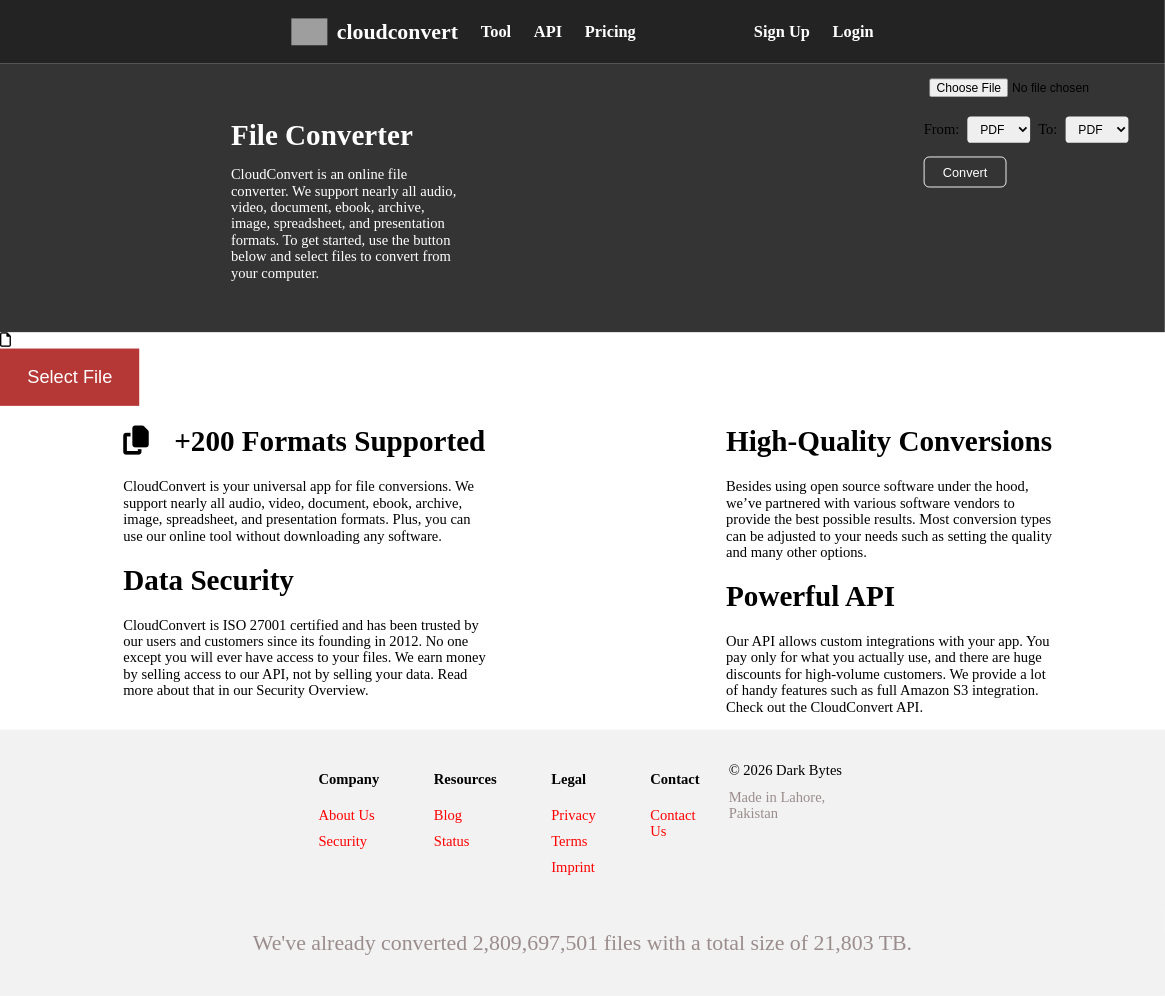
Repository: anfal-darkbytes/task_one
Page: http://localhost/
The author's editor kept a copy of each file at every save. The page is drawn from the files as they stood at one save, then again after the next save.
The browser window is 1280 px wide. The pictures show the whole page, at 91% of full size.
Pictures or frames that could not be fetched are drawn as grey boxes. The page is served by the project's application, run on Django 4.2 (manage.py).

Above is the page before, as saved 2026-01-09 07:42:25.

After the next save:
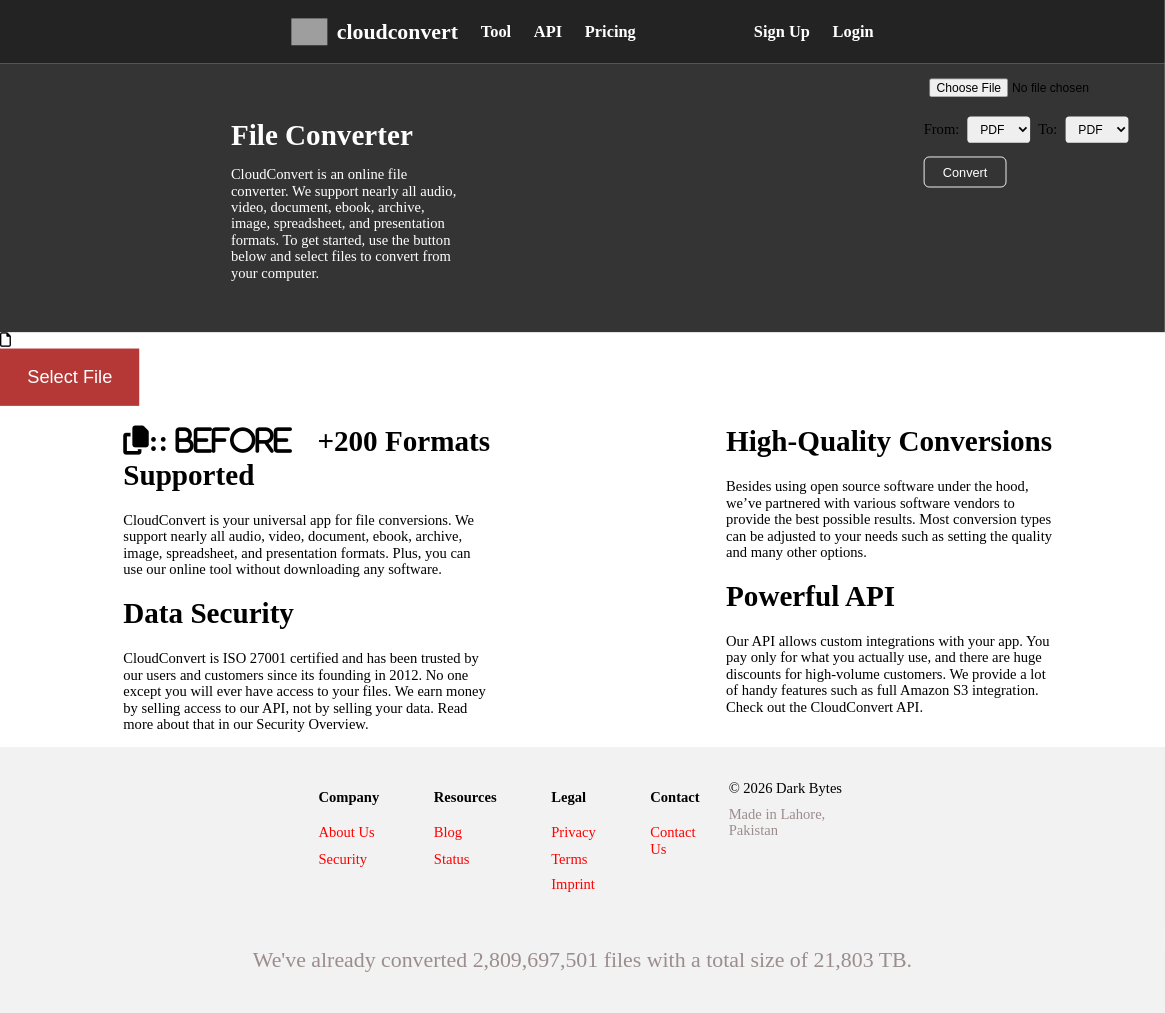
Saved 36 s later.
--- a/templates/index.html
+++ b/templates/index.html
@@ -56,7 +56,7 @@
         <div class="pair-containers1">
             <div class="single-container">
                 <h1 class="container-title">
-                    <i class="fa fa-copy"></i>
+                    <i class="fa fa-copy">:: before</i>
                     +200 Formats Supported</h1>
                 <p class="container-body">CloudConvert is your universal app for file conversions. We support nearly all audio, video, document, ebook, archive, image, spreadsheet, and presentation formats. Plus, you can use our online tool without downloading any software.</p>
             </div>

After the save that followed:
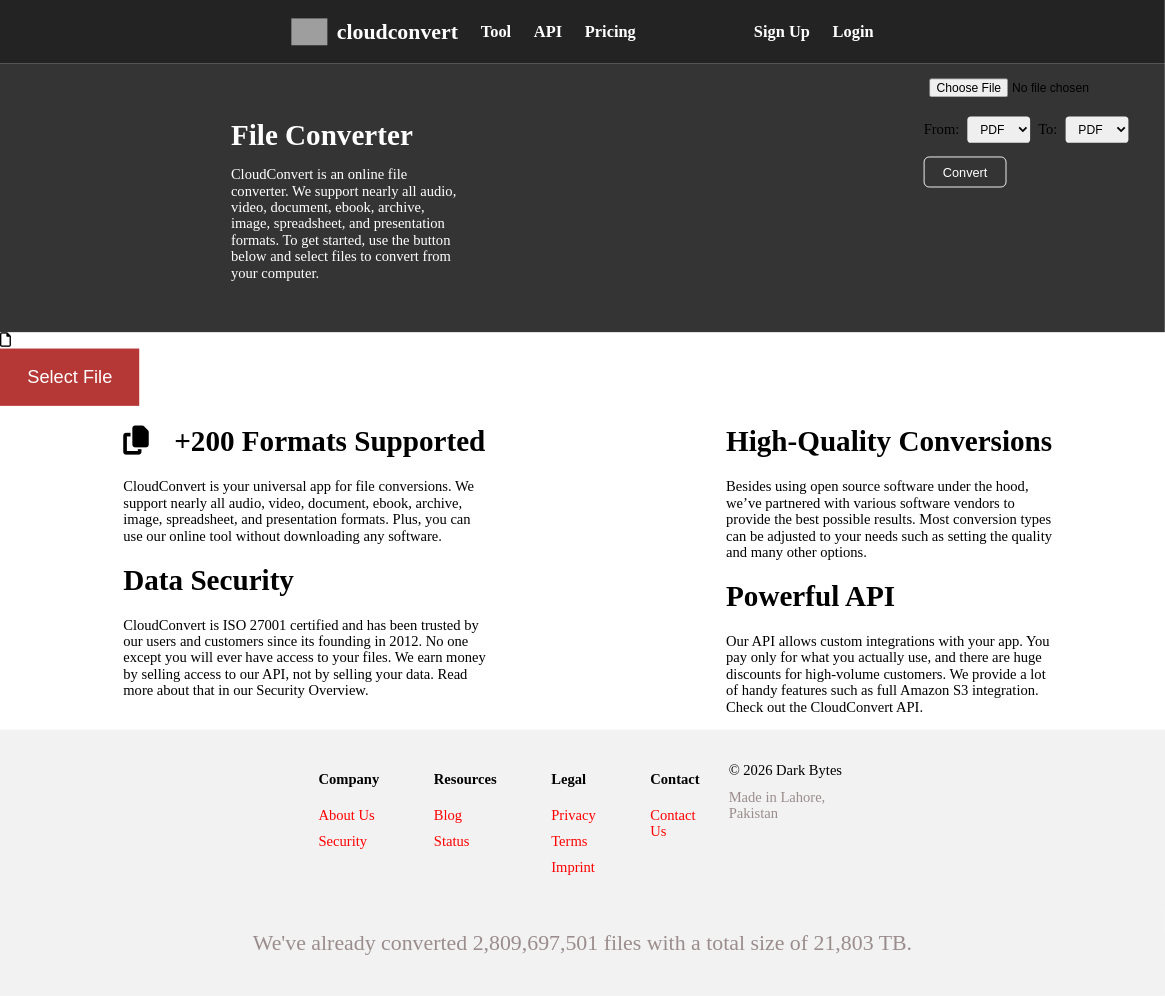
Saved 56 s later.
--- a/templates/index.html
+++ b/templates/index.html
@@ -56,7 +56,7 @@
         <div class="pair-containers1">
             <div class="single-container">
                 <h1 class="container-title">
-                    <i class="fa fa-copy">:: before</i>
+                    <i class="fa fa-copy"></i>
                     +200 Formats Supported</h1>
                 <p class="container-body">CloudConvert is your universal app for file conversions. We support nearly all audio, video, document, ebook, archive, image, spreadsheet, and presentation formats. Plus, you can use our online tool without downloading any software.</p>
             </div>
